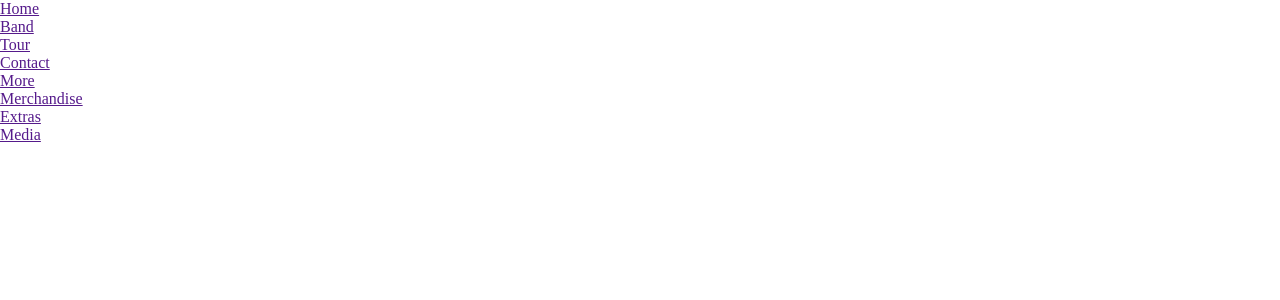
Repository: Dino0411/Dino0411.github.io
Page: index.html
The author's editor kept a copy of each file at every save. The page is drawn from the files as they stood at one save, then again after the next save.
The browser window is 1280 px wide. The pictures show the whole page.

Above is the page before, as saved 2021-10-03 21:42:27.

### index.html
<!DOCTYPE html>
<html lang="en">
<head>
    <meta charset="UTF-8">
    <meta http-equiv="X-UA-Compatible" content="IE=edge">
    <meta name="viewport" content="width=device-width, initial-scale=1.0">
    <link rel="stylesheet" href="./assets/css/style.css">
    <title>Document</title>
</head>
<body>
    <div id="main">
        <!-- TODO:header -->
        <div id="header">
            <ul id="nav">
                <li><a href="">Home</a></li>
                <li><a href="">Band</a></li>
                <li><a href="">Tour</a></li>
                <li><a href="">Contact</a></li>
                <li>
                    <a href="">More</a>
                    <ul class="subnav">
                        <li><a href="">Merchandise</a></li>
                        <li><a href="">Extras</a></li>
                        <li><a href="">Media</a></li>
                    </ul>
                </li>
            </ul>
        </div>
        <!-- TODO:slider -->
        <div id="slider">

        </div>
        <!-- TODO:content -->
        <div id="content">

        </div>
        <!-- TODO:footer -->
        <div id="footer">

        </div>
    </div>
</body>
</html>

### assets/css/style.css
/* ! reser css
    ! Emmet(p0;m0)
*/
* {
  margin: 0;
  padding: 0;
  box-sizing: border-box;
}

html {
  font-family: cursive;
}
/* TODO:start
TODO: từ ngoài vào trong
TODO: từ trên xuống dưới
TODO:tổng quan đến chi tiết
*/

/*
? vị trí
? kích thước(width,height)
? màu sắc
? kiểu dáng(kiểu chữ,...)
*/
#main {
}
#header {
}
#nav {
}
#nav li {
}
#nav li a {
}
#nav li:hover a {
}
#nav .subnav {
}
#slider {
}
#content {
}
#footer {
}

After the next save:
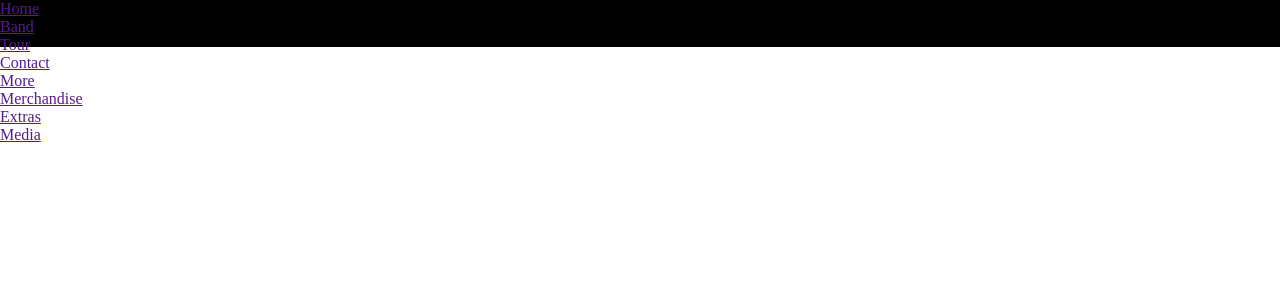
Saved 37 s later.
--- a/assets/css/style.css
+++ b/assets/css/style.css
@@ -25,6 +25,8 @@
 #main {
 }
 #header {
+  height: 47px;
+  background-color: #000;
 }
 #nav {
 }
